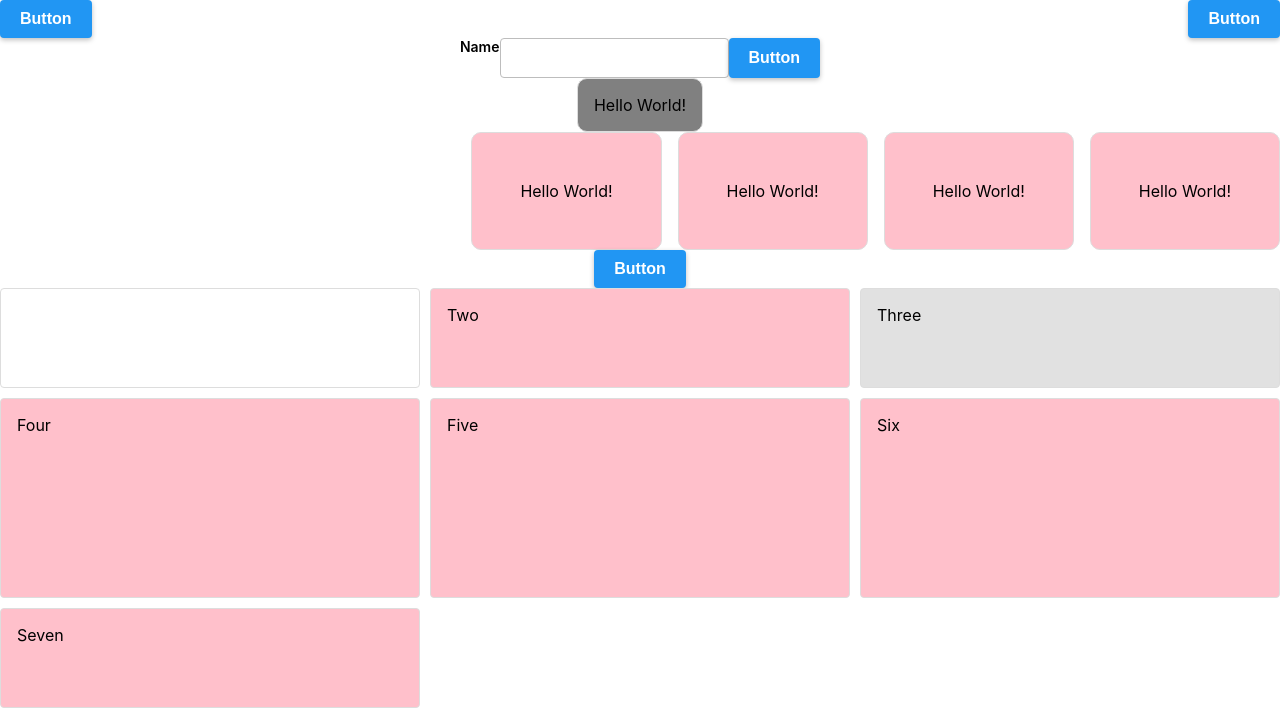
Repository: roistyx/react
Page: /components (app in layouts-app/)
These files come from the project's save history. The page is drawn as it stood at one moment and after the next save; the edit follows.
The browser window is 1280 px wide. The pictures show the whole page.
The project was rebuilt for these pictures with package versions that can differ from the ones it lists, and the page was loaded fresh each time.

Above is the page before, as saved 2023-04-27 15:09:13.

After the next save:
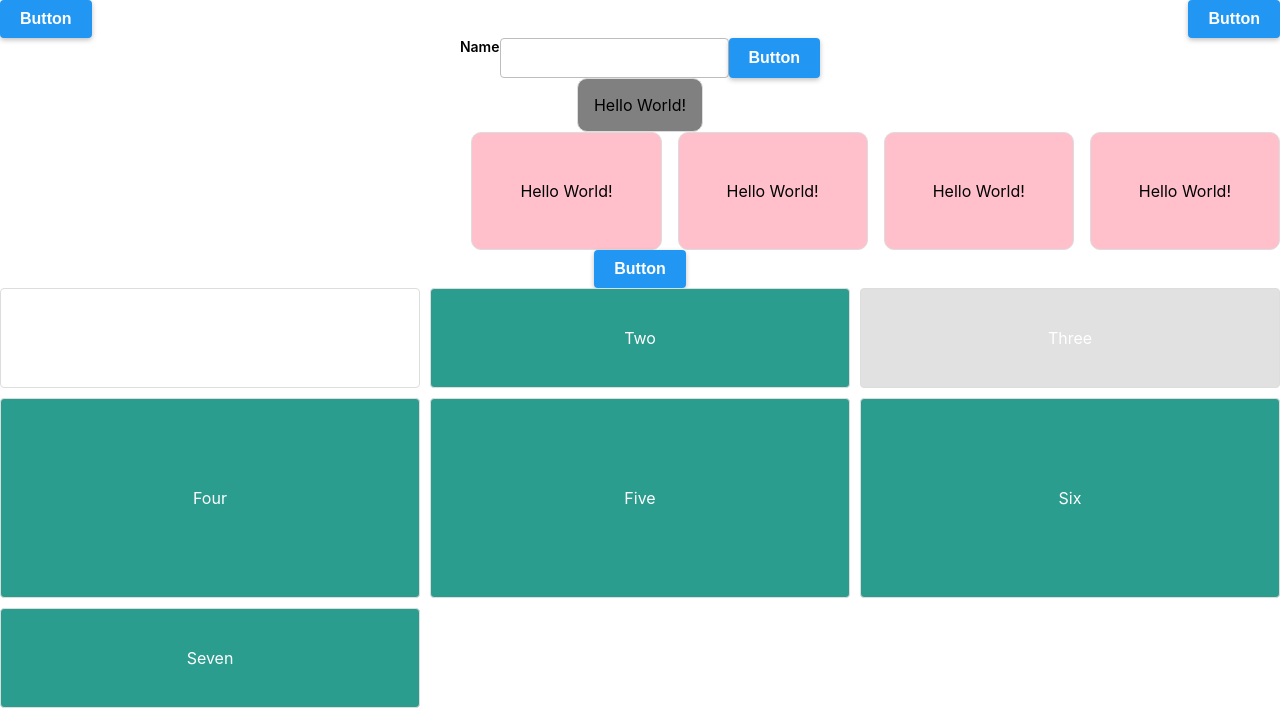
Saved 62 s later.
--- a/layouts-app/src/layouts/Grid.css
+++ b/layouts-app/src/layouts/Grid.css
@@ -8,7 +8,14 @@
 }
 
 .Grid > * {
-	padding: var(--gap);
+	/* padding: var(--gap); */
+	background-color: #2a9d8f;
+	padding: 10px;
+	color: white;
+	font-size: 16px;
+	display: flex;
+	align-items: center;
+	justify-content: center;
 }
 
 .Grid > :nth-child(1) {
